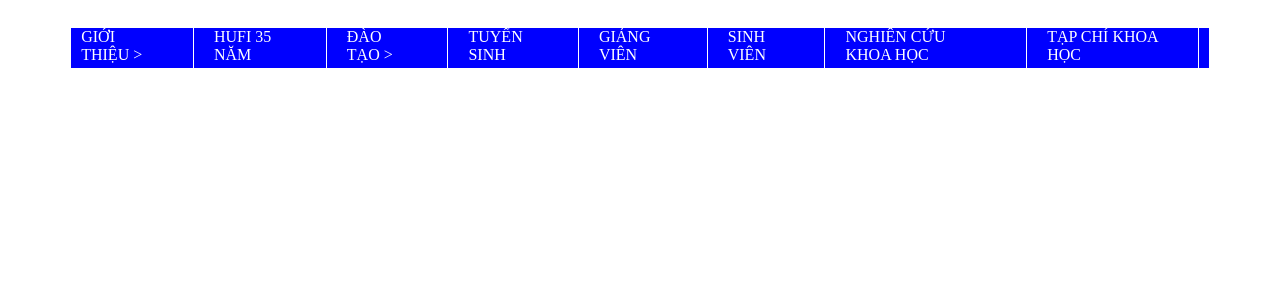
Repository: Tan-Khang21/TH_TKW--Buoi_08
Page: Bai_Tap_Tren_Lop/Bai_03/Bai_03.html
The author's editor kept a copy of each file at every save. The page is drawn from the files as they stood at one save, then again after the next save.
The browser window is 1280 px wide. The pictures show the whole page.

Above is the page before, as saved 2024-03-13 20:28:02.

After the next save:
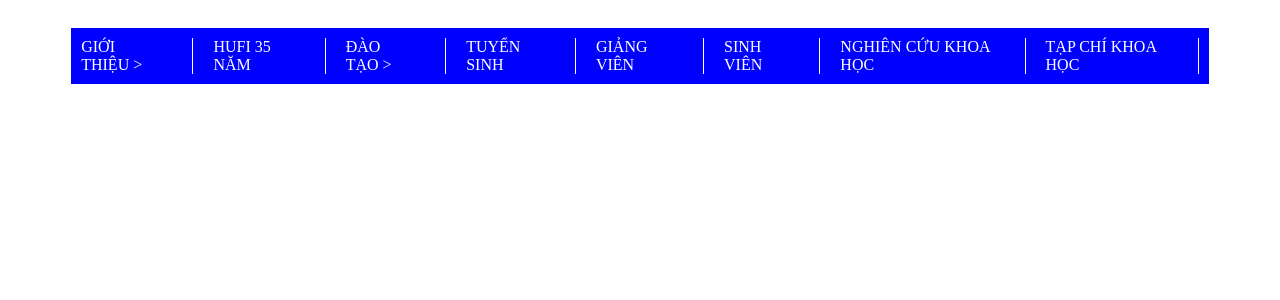
Saved 12 s later.
--- a/Bai_Tap_Tren_Lop/Bai_03/style.css
+++ b/Bai_Tap_Tren_Lop/Bai_03/style.css
@@ -18,9 +18,8 @@ ul {
 }
 .list1_item {
   border-right: 1px solid white;
-  padding-right: 35px;
-  margin: 0 10px;
-  height: 40px;
+  padding-right: 30px;
+  margin: 10px;
 }
 a {
   text-decoration: none;
